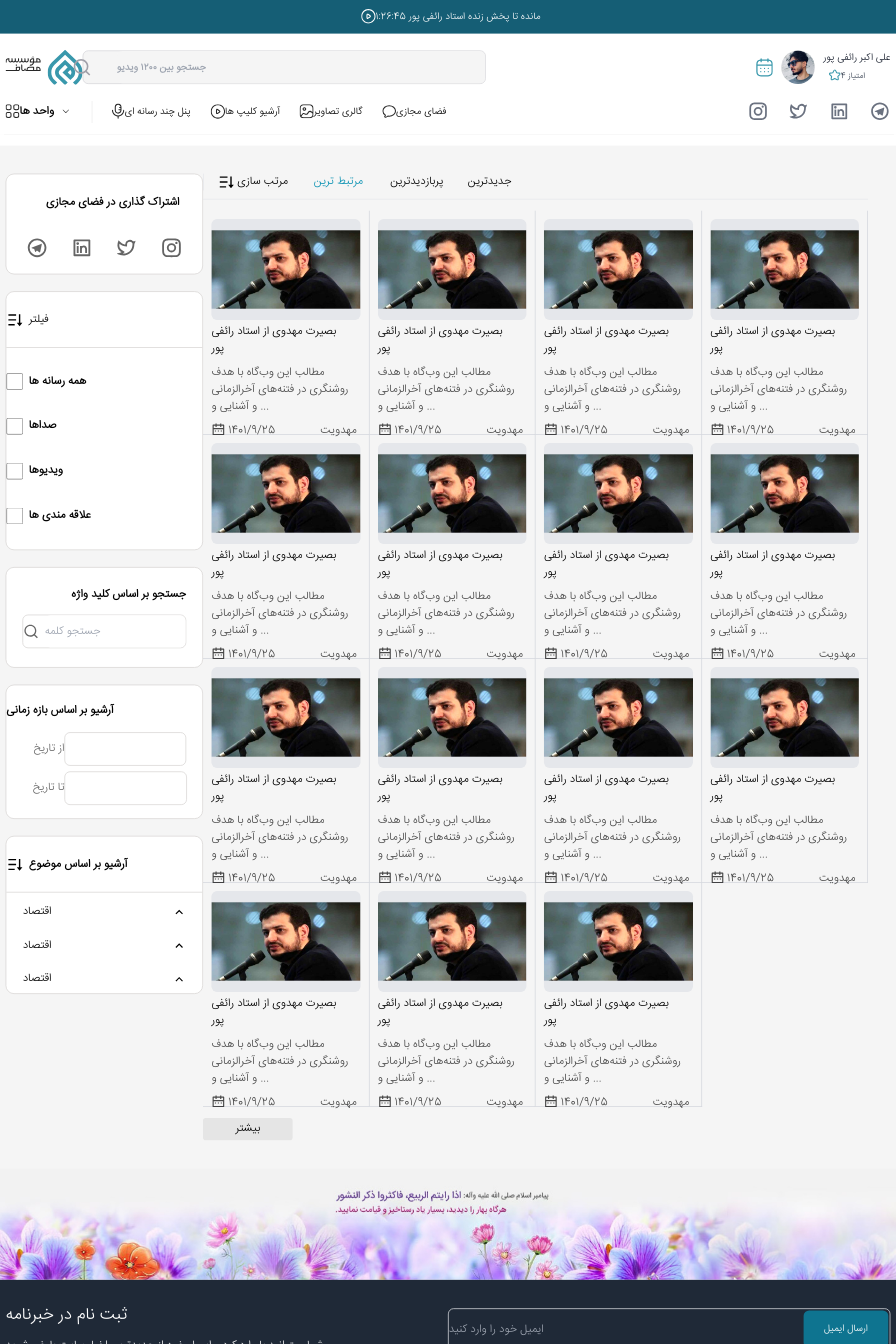
Repository: homan-tehrani/uiUserNative
Page: /multimedia
These files come from the project's save history. The page is drawn as it stood at one moment and after the next save; the edit follows.
The browser window is 1280 px wide. The pictures show the part of the page from y = 0 to 1920 px (the page is 2769 px tall), at 70% of full size.
The project was rebuilt for these pictures with package versions that can differ from the ones it lists, and the page was loaded fresh each time. The framework's server and built-in components were replaced by stand-ins that run in the browser. Also part of the build but not shown: next.config.js, src/components/MenuForUnits.js, src/components/AccordionForUnits.js, src/components/MenuResponsive.js.

Above is the page before, as saved 2023-04-25 02:11:33.

After the next save:
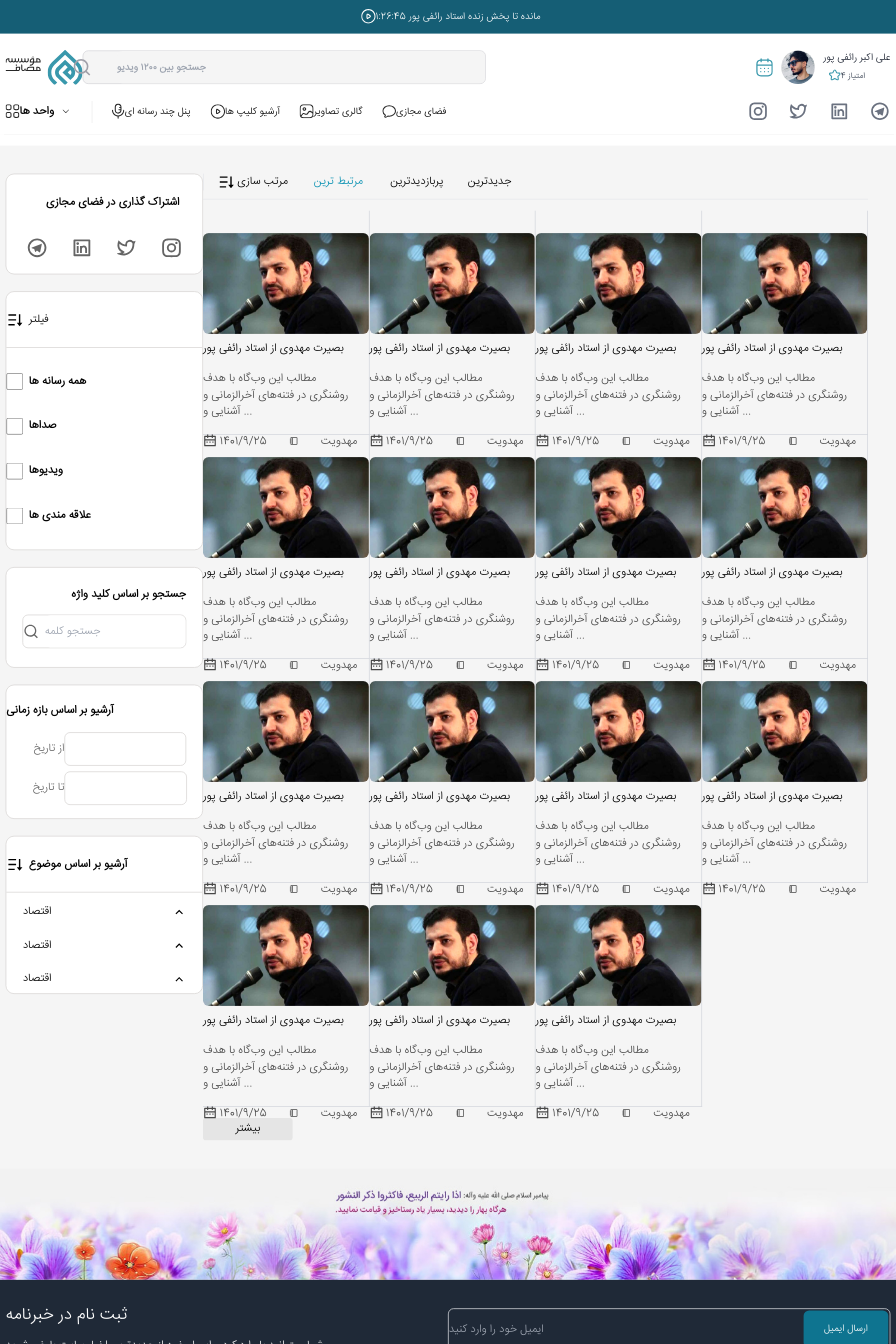
Saved 93 s later.
--- a/src/components/CourseCart.js
+++ b/src/components/CourseCart.js
@@ -34,9 +34,9 @@ export default function CourseCart({ data }) {
           <>
             <div
               key={item.id}
-              className=" h-80 hover:bg-white border-r border-b border-gray-300 p-3 cursor-pointer"
+              className=" h-80 hover:bg-white border-r border-b border-gray-300 py-8 cursor-pointer"
             >
-              <div className="w-full h-36 bg-gray-200 rounded-lg overflow-hidden py-4">
+              <div className="w-full h-36 bg-gray-200 rounded-lg overflow-hidden">
                 <img
                   src="assets/images/img.png"
                   alt={item.title}
